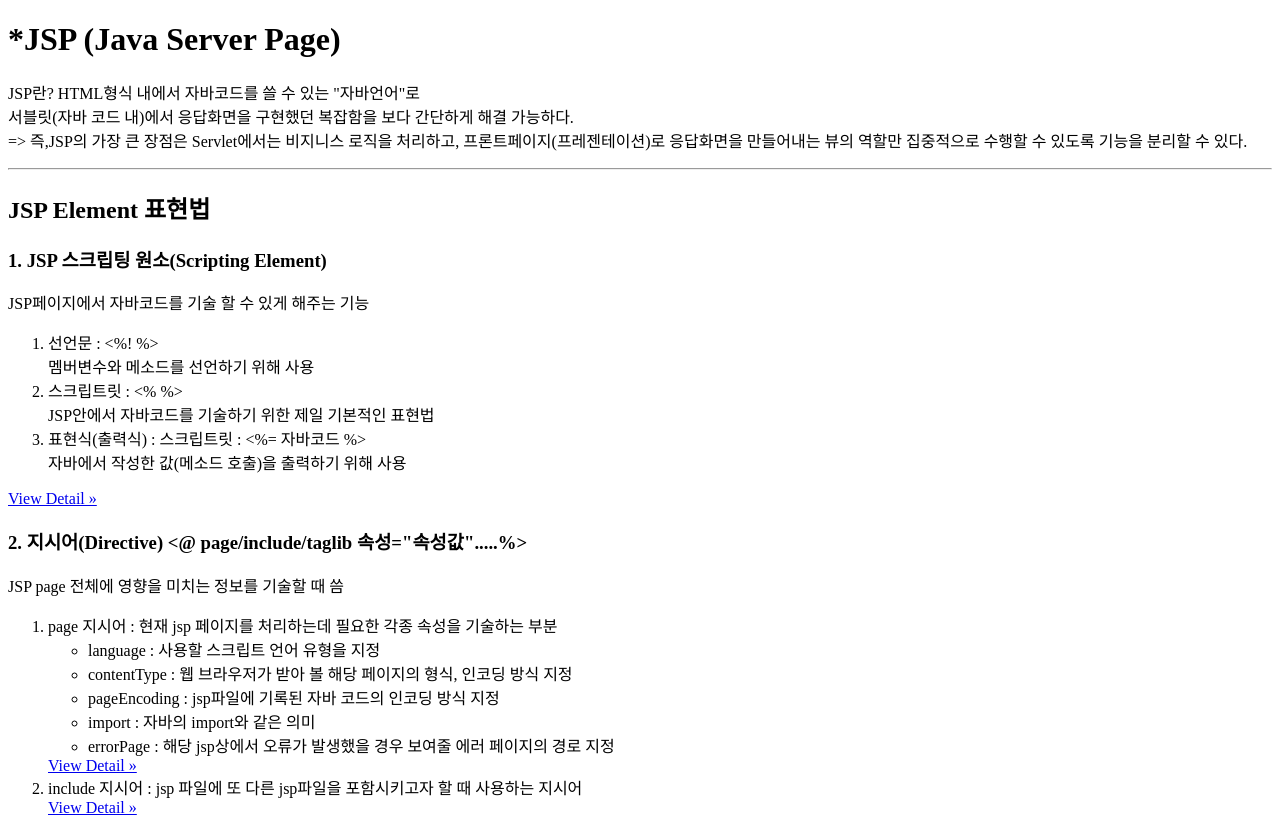
Repository: yejin0220/Web-workspace1
Page: 2_JSP/WebContent/index.html
The author's editor kept a copy of each file at every save. The page is drawn from the files as they stood at one save, then again after the next save.
The browser window is 1280 px wide. The pictures show the whole page.

Above is the page before, as saved 2023-02-08 06:04:26.

### 2_JSP/WebContent/index.html
<!DOCTYPE html>
<html>
<head>
<meta charset="UTF-8">
<title>Insert title here</title>
</head>
<body>
	<h1>*JSP (Java Server Page)</h1>

	<p>
		JSP란?
		HTML형식 내에서 자바코드를 쓸 수 있는 "자바언어"로 <br>
		서블릿(자바 코드 내)에서 응답화면을 구현했던 복잡함을 보다 간단하게 해결 가능하다.<br>
		=> 즉,JSP의 가장 큰 장점은 Servlet에서는 비지니스 로직을 처리하고, 프론트페이지(프레젠테이션)로 응답화면을 만들어내는 뷰의 역할만 집중적으로 수행할 수 있도록 기능을 분리할 수 있다.
	</p>

	<hr>

	<h2>JSP Element 표현법</h2>

	<h3>1. JSP 스크립팅 원소(Scripting Element)</h3>
	<p>
		JSP페이지에서 자바코드를 기술 할 수 있게 해주는 기능
	</p>

	<ol>
		<li>
			선언문 : &lt;%! %&gt; <br>
			멤버변수와 메소드를 선언하기 위해 사용<br>
		</li>
		<li>
			스크립트릿 : &lt;% %&gt;<br>
			JSP안에서 자바코드를 기술하기 위한 제일 기본적인 표현법
		</li>
		<li>
			표현식(출력식) : 스크립트릿 : &lt;%= 자바코드 %&gt;<br>
			자바에서 작성한 값(메소드 호출)을 출력하기 위해 사용
		</li>
	</ol>

	<a href="views/01_ScriptingElement.jsp">View Detail &raquo; </a>


	<h3>2. 지시어(Directive) &lt;@ page/include/taglib 속성="속성값".....%&gt;</h3>
	<p>
		JSP page 전체에 영향을 미치는 정보를 기술할 때 씀
		<ol>
			<li>
				page 지시어 : 현재 jsp 페이지를 처리하는데 필요한 각종 속성을 기술하는 부분<br>
				<ul>
					<li>language : 사용할 스크립트 언어 유형을 지정 </li>
					<li>contentType : 웹 브라우저가 받아 볼 해당 페이지의 형식, 인코딩 방식 지정</li>
					<li>pageEncoding : jsp파일에 기록된 자바 코드의 인코딩 방식 지정</li>
					<li>import : 자바의 import와 같은 의미 </li>
					<li>errorPage : 해당 jsp상에서 오류가 발생했을 경우 보여줄 에러 페이지의 경로 지정</li>
				</ul>
				<a href="views/02_DirectivePage.jsp">View Detail &raquo;</a>
			</li>
			<li>
				include 지시어 : jsp 파일에 또 다른 jsp파일을 포함시키고자 할 때 사용하는 지시어<br>
				<a href="views/03_DirectiveInclude.jsp">View Detail &raquo;</a>
			</li>



		</ol>


	</p>
























</body>
</html>

After the next save:
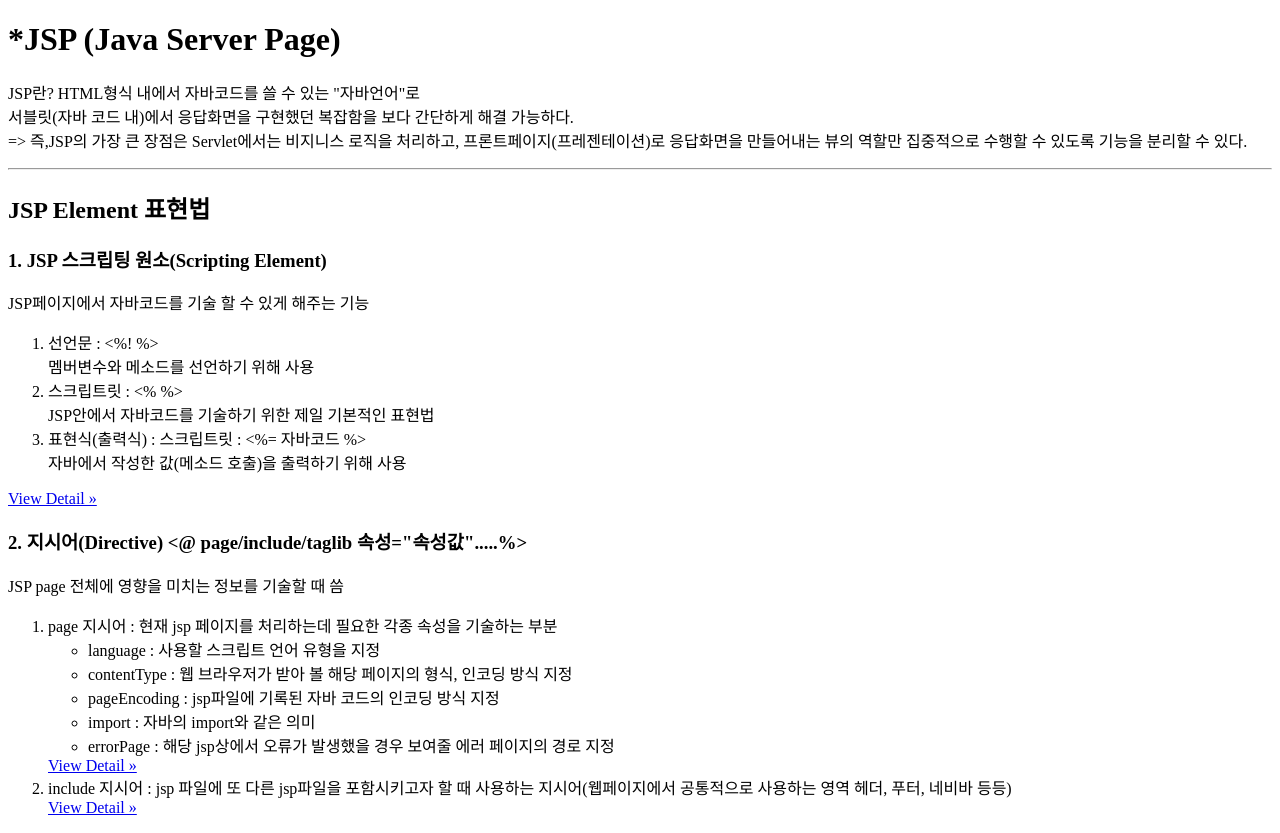
Saved 3 min 17 s later.
--- a/2_JSP/WebContent/index.html
+++ b/2_JSP/WebContent/index.html
@@ -57,7 +57,7 @@
 				<a href="views/02_DirectivePage.jsp">View Detail &raquo;</a>
 			</li>
 			<li>
-				include 지시어 : jsp 파일에 또 다른 jsp파일을 포함시키고자 할 때 사용하는 지시어<br>
+				include 지시어 : jsp 파일에 또 다른 jsp파일을 포함시키고자 할 때 사용하는 지시어(웹페이지에서 공통적으로 사용하는 영역 헤더, 푸터, 네비바 등등)<br>
 				<a href="views/03_DirectiveInclude.jsp">View Detail &raquo;</a>
 			</li>
 
